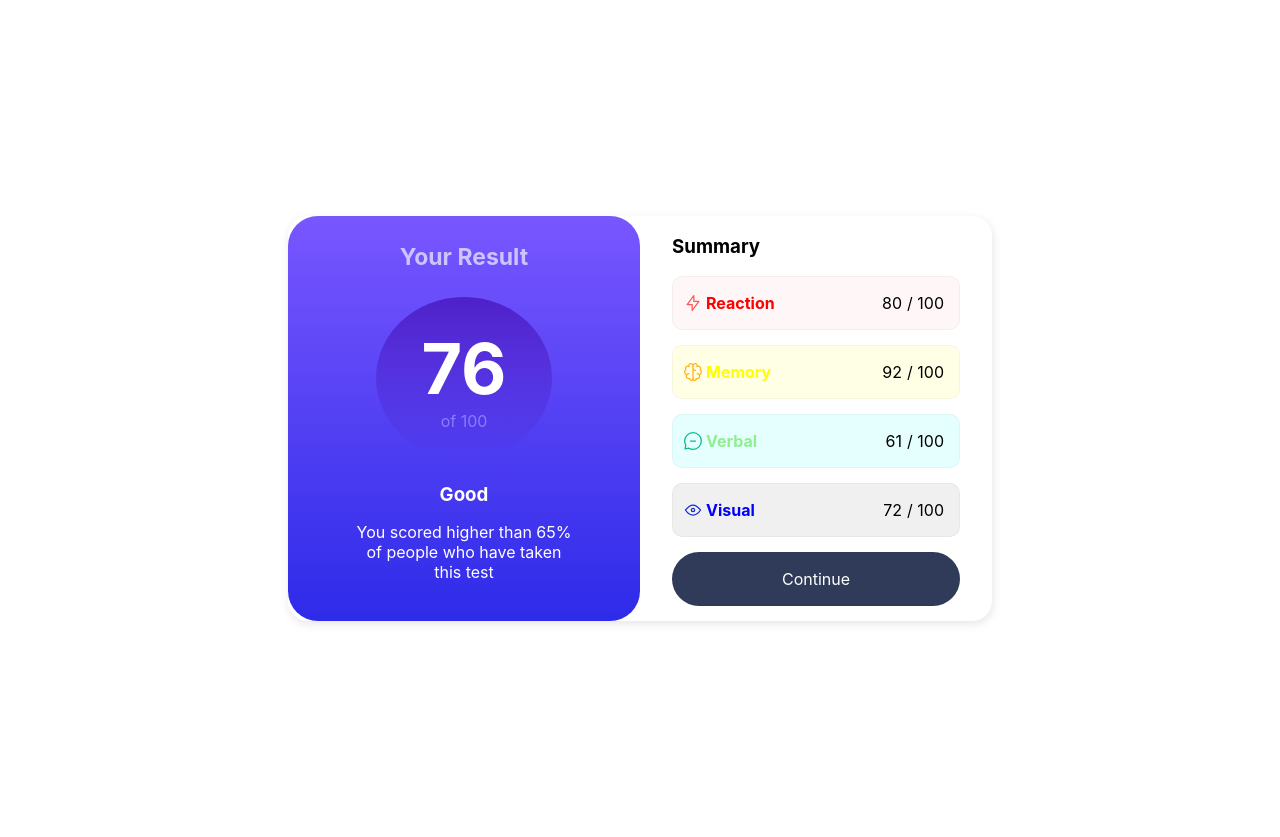
Repository: JeanPaulBassil/Result-Summary-Design
Page: /
The author's editor kept a copy of each file at every save. The page is drawn from the files as they stood at one save, then again after the next save.
The browser window is 1280 px wide. The pictures show the whole page.
The project was rebuilt for these pictures with package versions that can differ from the ones it lists, and the page was loaded fresh each time.

Above is the page before, as saved 2023-02-24 18:42:05.

### src/index.css
body {
  margin: 0;
  font-family: -apple-system, BlinkMacSystemFont, 'Segoe UI', 'Roboto', 'Oxygen',
    'Ubuntu', 'Cantarell', 'Fira Sans', 'Droid Sans', 'Helvetica Neue',
    sans-serif;
  -webkit-font-smoothing: antialiased;
  -moz-osx-font-smoothing: grayscale;
}

code {
  font-family: source-code-pro, Menlo, Monaco, Consolas, 'Courier New',
    monospace;
}

.app{
  width: 50vw;
  box-shadow: 1px 3px 10px rgba(0, 0, 0, .1);
  border-radius: 20px;
  display: block;
  margin: 30vh auto;
  display: grid;
  grid-template-columns: minmax(250px, 1fr) minmax(250px, 1fr);
}

@media (max-width: 1440px){
  .app {
    width: 55vw;
  }
}
@media (max-width: 1024px){
  .app {
    width: 70vw;
  }
}

@media (max-width: 840px){
  .app {
    height: 100vh;
    width: 100vw;
    display: flex;
    flex-direction: column;
    margin: 0 0;
    border-radius: 0px
  }

  .app > .result {
    border-radius: 0px 0px 30px 30px
  }
  .app > .summary {
    flex: 1;
  }
}

### src/App.js
import Result from "./Components/Result/Result"
import Summary from "./Components/Summary/Summary"

export default function App() {
    return (
        <div className="app">
            <Result />
            <Summary />
        </div>
    )
};

### src/Components/Result/Result.js
import Description from "../Description/Description";
import Grade from "../Grade/Grade";
import data from "../../data.json";
import "./Result.css"

export default function Result() {
    const score = Math.floor(data.reduce((totalGrade, category) => totalGrade + category.score , 0) / data.length)

    return (
        <div className="result">
            <h3>Your Result</h3>
            <Grade score={score}/>
            <Description score={score}/>
        </div>
    )
};

### src/Components/Summary/Summary.js
import data from "../../data.json"
import './Summary.css'

export default function Summary() {
    const summary = data.map(part => {
        return (
            <div className={`part ${part.color}`}>
                <div>
                    <img className="icon" src={part.icon} alt={part.category}/>
                    <h4>{part.category}</h4>
                </div>
                <div className="secGrade">
                    <p>{part.score}</p>
                    <p>/ 100</p>
                </div>
            </div>
        )
    })

    return (
        <div className="summary">
            <h3>Summary</h3>
            <div>
                {summary}
            </div>
            <div className="button">
                <p>Continue</p>
            </div>
        </div>
    )
};

### src/Components/Description/Description.js
import "./Description.css"

export default function Description({score}) {
    const performance = _ => {
        if (score >= 90) return ['Excellent', `You scored higher than 85% of people who have taken this test`]
        else if (score >= 80) return ['Great', `You scored higher than 75% of people who have taken this test`]
        else if (score >= 70) return ['Good', `You scored higher than 65% of people who have taken this test`]
        else if (score >= 60) return ['Not enough', `You're above nearly half the people who have taken this test`]
        else return ['Fail', `Most people who have taken this test passed over you`]
    }

    return (
        <div className="description">
            <h3>{performance()[0]}</h3>
            <p>{performance()[1]}</p>
        </div>
    )
};

### src/Components/Grade/Grade.js
import "./Grade.css"

export default function Grade({score}) {
    return (
        <div className="grade">
            <h1>{score}</h1>
            <p>of 100</p>
        </div>
    )
};

### src/data.json


[
  {
    "category": "Reaction",
    "score": 80,
    "icon": "./assets/images/icon-reaction.svg",
    "color": "red"
  },
  {
    "category": "Memory",
    "score": 92,
    "icon": "./assets/images/icon-memory.svg",
    "color": "yellow"
  },
  {
    "category": "Verbal",
    "score": 61,
    "icon": "./assets/images/icon-verbal.svg",
    "color": "green"
  },
  {
    "category": "Visual",
    "score": 72,
    "icon": "./assets/images/icon-visual.svg",
    "color": "blue"
  }
]

### src/Components/Result/Result.css
.result {
    display: grid;
    grid-template-rows: 1fr 2fr 2fr;
    align-items: center;
    justify-items: center;
    height: 100%;
    width: 100%;
    background-image: linear-gradient(to bottom,hsl(252, 100%, 67%), hsl(241, 81%, 54%));
    border-radius: 30px;
    color: white;
}

.result > h3 {
    font-size: 23px;
    color: #cbc4ff;
}

### src/Components/Summary/Summary.css
.part {
    display: flex;
    justify-content: space-between;
    border: 1px solid rgba(0, 0, 0, .04);
    margin-bottom: 15px;
    border-radius: 10px;
    padding: 0 10px;
}

.button {
    display: flex;
    justify-content: center;
    border: 1px solid rgba(0, 0, 0, .04);
    margin-bottom: 15px;
    border-radius: 50px;
    padding: 0 10px;
    background-color: #303b59;
    color: white

}

.button:hover {
    cursor: pointer;
}

.icon {
    margin-right: 3px
}

.summary {
    padding: 0 2rem;
    display: flex;
    flex-direction: column;
    justify-content: center;
}

.summary > h3 {
    align-self: flex-start;
}

.part > div {
    display: flex;
    align-items: center;
    justify-content: center;
}

.secGrade > p {
    /* display: inline; */
    margin-right: 5px;
}

.red {
    background-color: rgba(255, 0, 0, 0.03);
}

.red > div > h4 {
    margin: 0;
    color: red;
}

.yellow {
    background-color: rgba(255, 255, 0, 0.1);
}

.yellow > div > h4 {
    margin: 0;
    color: yellow;
}

.green {
    background-color: rgba(0, 255, 255, 0.1);
}

.green > div > h4 {
    margin: 0;
    color: lightgreen;
}

.blue {
    background-color: rgba(0, 0, 0, 0.06);
}

.blue > div > h4 {
    margin: 0;
    color: blue;
}

### src/Components/Description/Description.css
.description {
    display: flex;
    flex-direction: column;
    align-items: center;
    justify-content: center;
}

.description > p{
    inline-size: 220px;
    text-align: center;
}

.description > h3 {
    margin: 0;
}

### src/Components/Grade/Grade.css
.grade {
    display: flex;
    flex-direction: column;
    justify-content: center;
    align-items: center;
    background-image: linear-gradient(to bottom, hsla(256, 72%, 46%, 1), hsla(241, 72%, 46%, 0));
    border-radius: 50%;
    inline-size: 50%;
    block-size: 100%;
}

.grade > h1 {
    margin: 0;
    font-size: 70px;
}

.grade > p {
    margin: 0;
    color: #8a7cff;
}

Loaded but not shown: public/index.html (common file); src/index.js (common file)

After the next save:
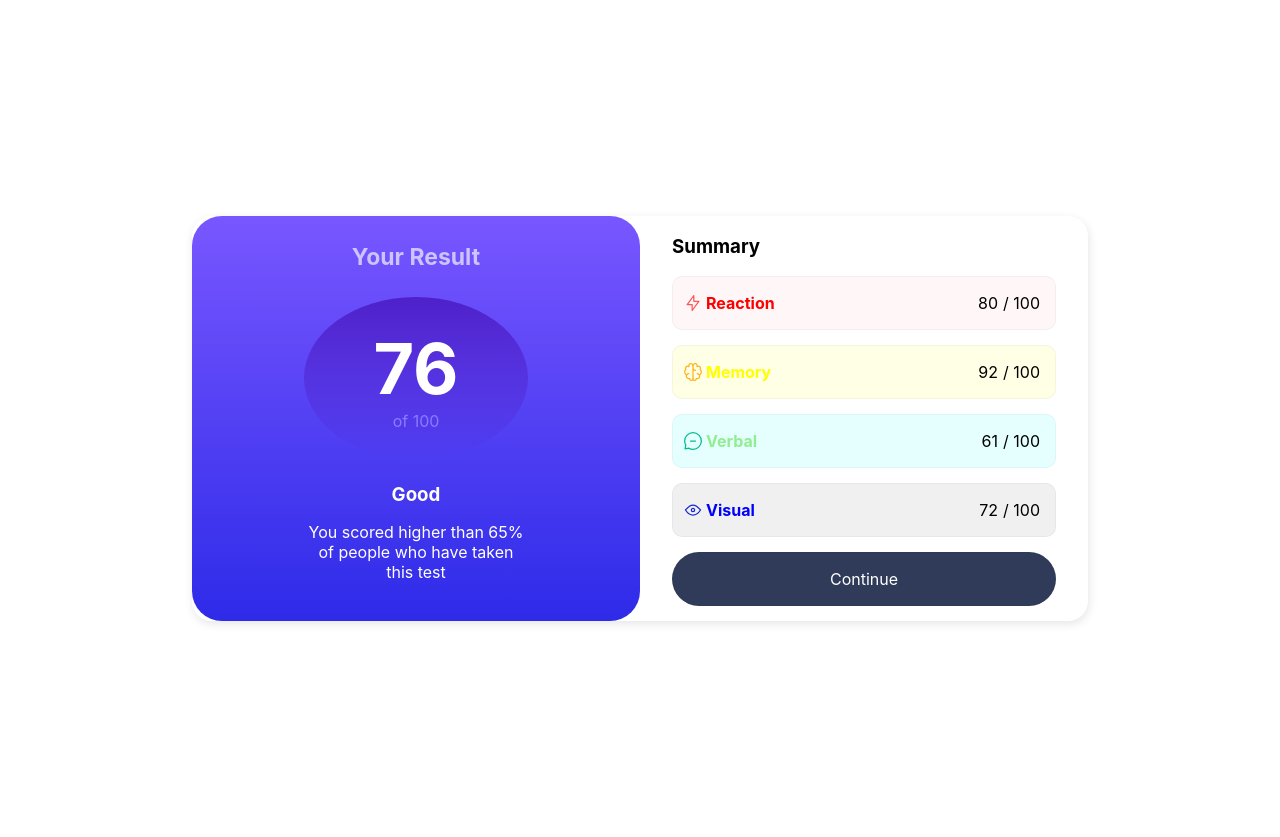
Saved 4 min 1 s later.
--- a/src/index.css
+++ b/src/index.css
@@ -32,6 +32,16 @@
     width: 70vw;
   }
 }
+@media (max-height: 600px){
+  .app {
+    margin: 20vh auto;
+  }
+}
+@media (max-height: 1024px){
+  .app {
+    width: 70vw;
+  }
+}
 
 @media (max-width: 840px){
   .app {

After the save that followed:
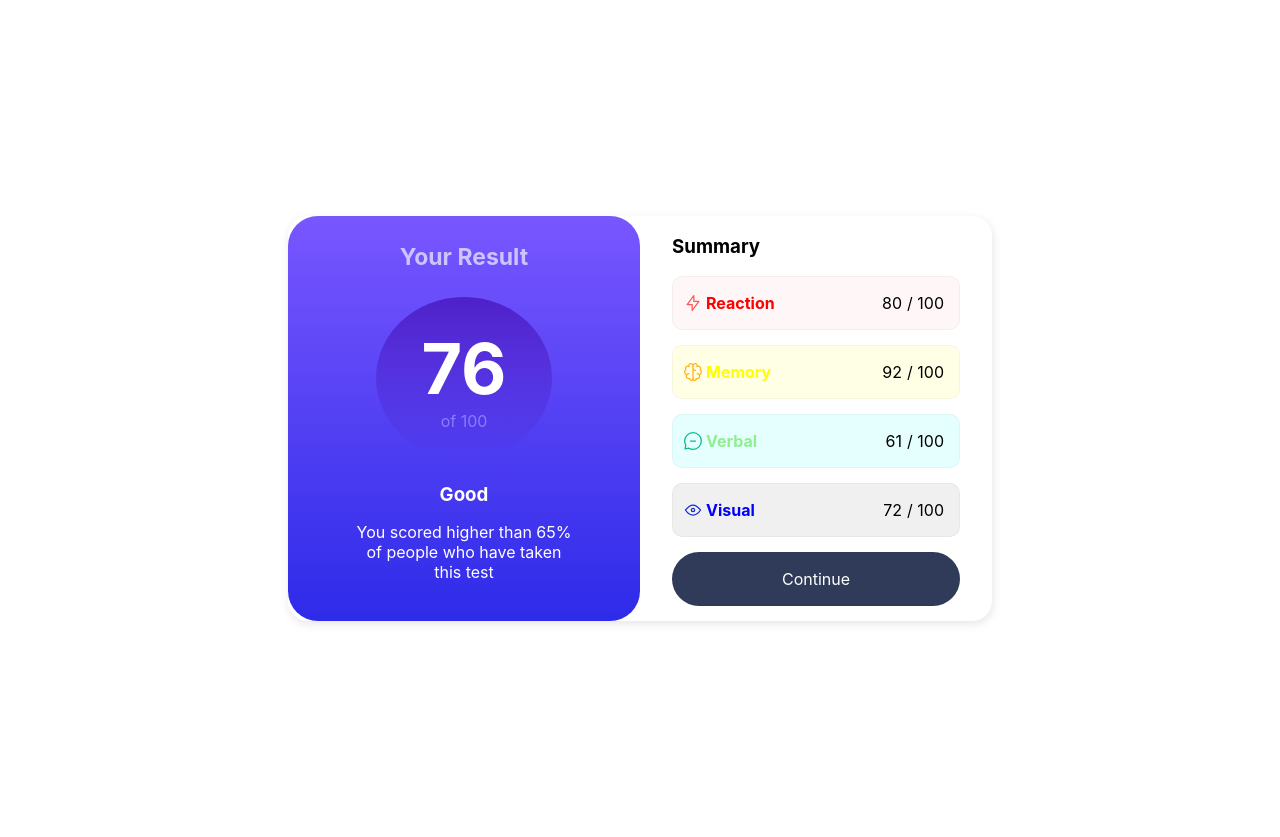
Saved 111 s later.
--- a/src/index.css
+++ b/src/index.css
@@ -37,9 +37,9 @@
     margin: 20vh auto;
   }
 }
-@media (max-height: 1024px){
+@media (max-height: 550px){
   .app {
-    width: 70vw;
+    margin: 10vh auto;
   }
 }
 
